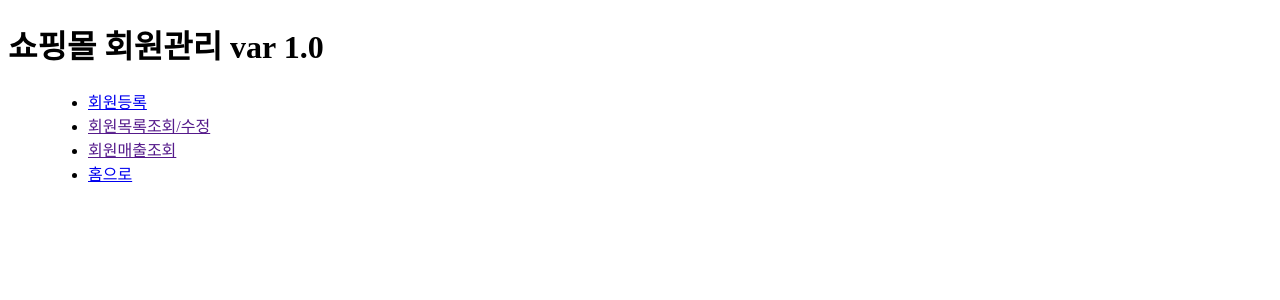
Repository: star-min/jsp_basic
Page: http://localhost/HRD_A01/
An editor plug-in stored every save of this project. The page is shown before and after the next save, followed by the edit.
The browser window is 1280 px wide. The pictures show the whole page.
The page is served by Tomcat 9. Other server files are loaded and not shown.

Above is the page before, as saved 2022-08-16 05:59:34.

### hrdkorea/HRD_A01/WebContent/index.jsp
<%@ page language="java" contentType="text/html; charset=UTF-8"
    pageEncoding="UTF-8"%>
<!DOCTYPE html>
<html>
<head>
<meta http-equiv="Content-Type" content="text/html; charset=EUC-KR">
<title>쇼핑몰 회원관리 프로그램</title>
</head>
<body>
	<header>
		<h1>쇼핑몰 회원관리 var 1.0</h1>
	</header>
	<menu>
		<ul>
			<li><a href="joinForm.jsp">회원등록</a></li>
			<li><a href="">회원목록조회/수정</a></li>
			<li><a href="">회원매출조회</a></li>
			<li><a href="index.hrmll">홈으로</a></li>
		</ul>
	</menu>
	<section>

	</section>
	<footer>

	</footer>
</body>
</html>

After the next save:
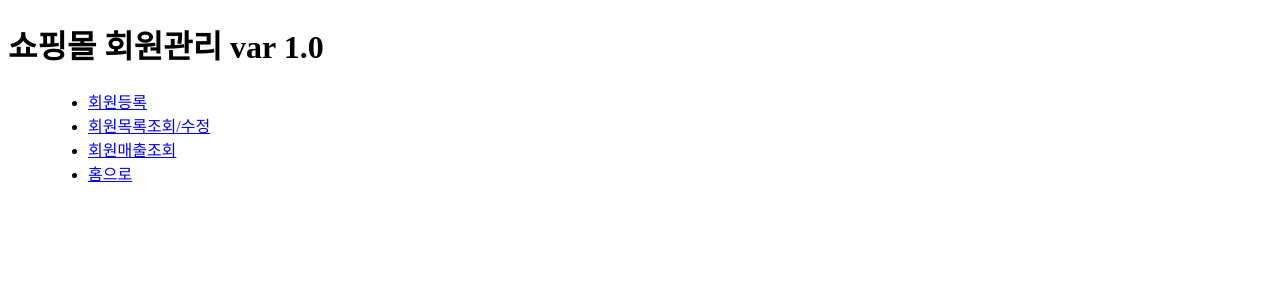
Saved 110 s later.
--- a/hrdkorea/HRD_A01/WebContent/index.jsp
+++ b/hrdkorea/HRD_A01/WebContent/index.jsp
@@ -13,8 +13,8 @@
 	<menu>
 		<ul>
 			<li><a href="joinForm.jsp">회원등록</a></li>
-			<li><a href="">회원목록조회/수정</a></li>
-			<li><a href="">회원매출조회</a></li>
+			<li><a href="memberList.jsp">회원목록조회/수정</a></li>
+			<li><a href="moneyList.jsp">회원매출조회</a></li>
 			<li><a href="index.hrmll">홈으로</a></li>
 		</ul>
 	</menu>
